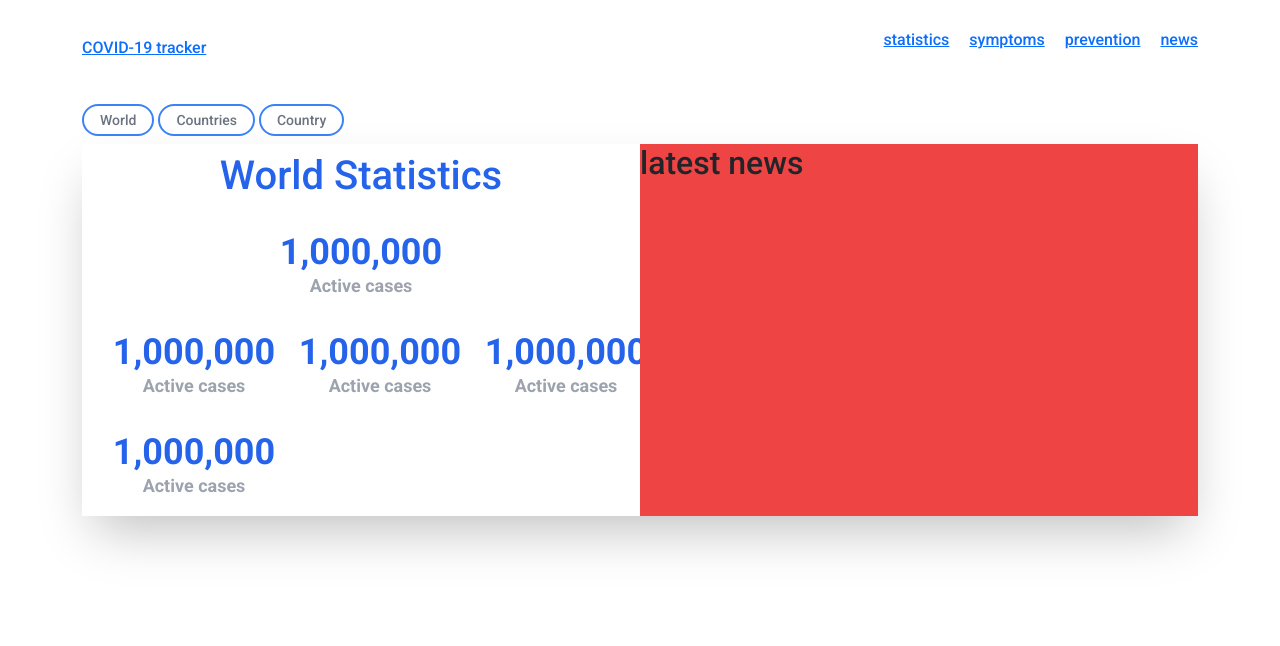
Repository: latenightsnacc/covid-19tracker
Page: design/index.html
These files come from the project's save history. The page is drawn as it stood at one moment and after the next save; the edit follows.
The browser window is 1280 px wide. The pictures show the whole page.
Some web libraries are served in a nearby version.

Above is the page before, as saved 2021-07-22 16:40:45.

### design/index.html
<!DOCTYPE html>
<html lang="en">
<head>
    <meta charset="UTF-8">
    <meta http-equiv="X-UA-Compatible" content="IE=edge">
    <meta name="viewport" content="width=device-width, initial-scale=1.0">
    <!--Tailwind Css-->
    <link href="https://unpkg.com/tailwindcss@^2/dist/tailwind.min.css" rel="stylesheet">
    <!--Bootstrap CSS-->
    <link href="https://cdn.jsdelivr.net/npm/bootstrap@5.0.0-beta3/dist/css/bootstrap.min.css" rel="stylesheet" integrity="sha384-eOJMYsd53ii+scO/bJGFsiCZc+5NDVN2yr8+0RDqr0Ql0h+rP48ckxlpbzKgwra6" crossorigin="anonymous">
    <!--Font Awesome 5 CDN-->
    <link href="https://cdnjs.cloudflare.com/ajax/libs/font-awesome/5.13.0/css/all.min.css" rel="stylesheet">
    <!--Roboto: Google Font-->
    <link rel="preconnect" href="https://fonts.googleapis.com">
<link rel="preconnect" href="https://fonts.gstatic.com" crossorigin>
<link href="https://fonts.googleapis.com/css2?family=Roboto:wght@300;500;700&display=swap" rel="stylesheet">
    <title>COVID-19 Tracker</title>
    <style>
        * {
            font-family: 'Roboto', sans-serif;
        }
        #coco {

            fill: rgb(1, 1, 58);
            stroke: rgb(95, 4, 80);
            stroke-width: 5px;
            animation: virus-spin infinite 20s linear;

        }

        @keyframes virus-spin {
            from {
                /* transform: rotate(0deg); */
                transform: rotateZ(0deg);
            }
            to {
                transform: rotateZ(-360deg);
            }
        }

    </style>
</head>
<body>
    <main class="m-auto">
        <!--Navigation Component-->
        <div class="container">
            <nav class="flex justify-between w-100 items-center h-24">
                <a href="index.html">
                    <div>COVID-19 tracker</div>
                </a>
                <ul class="flex">
                    <li>
                        <a href="">statistics</a>
                    </li>
                    <li class="ml-5">
                        <a href="">symptoms</a>
                    </li>
                    <li class="ml-5">
                        <a href="">prevention</a>
                    </li>
                    <li class="ml-5">
                        <a href="">news</a>
                    </li>
                </ul>
            </nav>
        </div>

        <div class="container">
            <div class="tags py-2">
                <button class="border-2 border-blue-500 px-3 py-1 rounded-2xl text-gray-500 hover:bg-blue-500 hover:text-white text-mute text-sm capitalize">world</button>
                <button class="border-2 border-blue-500 px-3 py-1 rounded-2xl text-gray-500 hover:bg-blue-500 hover:text-white text-mute text-sm capitalize">countries</button>
                <button class="border-2 border-blue-500 px-3 py-1 rounded-2xl text-gray-500 hover:bg-blue-500 hover:text-white text-mute text-sm capitalize">country</button>
            </div>
            <div class="flex flex-col md:flex-row  shadow-2xl">

                <div class="w-100 md:w-1/2 ">
                    <h1 class="text-blue-600 text-center py-2">World Statistics</h1>
                    <div class="stats">
                        <div class="w-56 flex flex-col items-center justify-center p-3 m-auto">
                            <span class="text-4xl text-blue-600 font-bold">1,000,000</span>
                            <span class="text-lg text-gray-400 font-bold">Active cases</span>
                        </div>
                        <div class="grid grid-rows-auto grid-cols-3">
                            <div class="w-56 flex flex-col items-center justify-center p-3">
                                <span class="text-4xl text-blue-600 font-bold">1,000,000</span>
                                <span class="text-lg text-gray-400 font-bold">Active cases</span>
                            </div>
                            <div class="w-56 flex flex-col items-center justify-center p-3">
                                <span class="text-4xl text-blue-600 font-bold">1,000,000</span>
                                <span class="text-lg text-gray-400 font-bold">Active cases</span>
                            </div>
                            <div class="w-56 flex flex-col items-center justify-center p-3">
                                <span class="text-4xl text-blue-600 font-bold">1,000,000</span>
                                <span class="text-lg text-gray-400 font-bold">Active cases</span>
                            </div>
                            <div class="w-56 flex flex-col items-center justify-center p-3">
                                <span class="text-4xl text-blue-600 font-bold">1,000,000</span>
                                <span class="text-lg text-gray-400 font-bold">Active cases</span>
                            </div>
                        </div>

                    </div>

                </div>
                <div class="w-100 md:w-1/2 bg-red-500"">
                    <h2>latest news</h2>

                </div>

            </div>
        </div>
    </main>
</body>
</html>

After the next save:
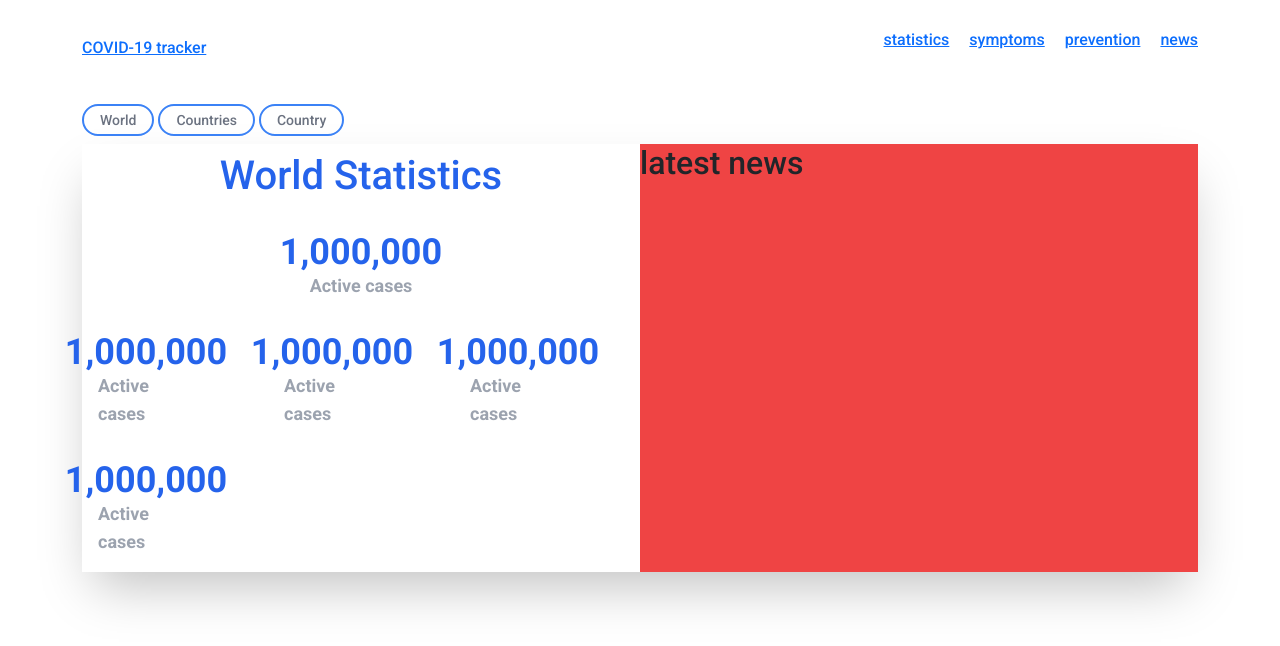
Saved 35 s later.
--- a/design/index.html
+++ b/design/index.html
@@ -81,19 +81,19 @@
                             <span class="text-lg text-gray-400 font-bold">Active cases</span>
                         </div>
                         <div class="grid grid-rows-auto grid-cols-3">
-                            <div class="w-56 flex flex-col items-center justify-center p-3">
+                            <div class="w-32 flex flex-col items-center justify-center p-3">
                                 <span class="text-4xl text-blue-600 font-bold">1,000,000</span>
                                 <span class="text-lg text-gray-400 font-bold">Active cases</span>
                             </div>
-                            <div class="w-56 flex flex-col items-center justify-center p-3">
+                            <div class="w-32 flex flex-col items-center justify-center p-3">
                                 <span class="text-4xl text-blue-600 font-bold">1,000,000</span>
                                 <span class="text-lg text-gray-400 font-bold">Active cases</span>
                             </div>
-                            <div class="w-56 flex flex-col items-center justify-center p-3">
+                            <div class="w-32 flex flex-col items-center justify-center p-3">
                                 <span class="text-4xl text-blue-600 font-bold">1,000,000</span>
                                 <span class="text-lg text-gray-400 font-bold">Active cases</span>
                             </div>
-                            <div class="w-56 flex flex-col items-center justify-center p-3">
+                            <div class="w-32 flex flex-col items-center justify-center p-3">
                                 <span class="text-4xl text-blue-600 font-bold">1,000,000</span>
                                 <span class="text-lg text-gray-400 font-bold">Active cases</span>
                             </div>
